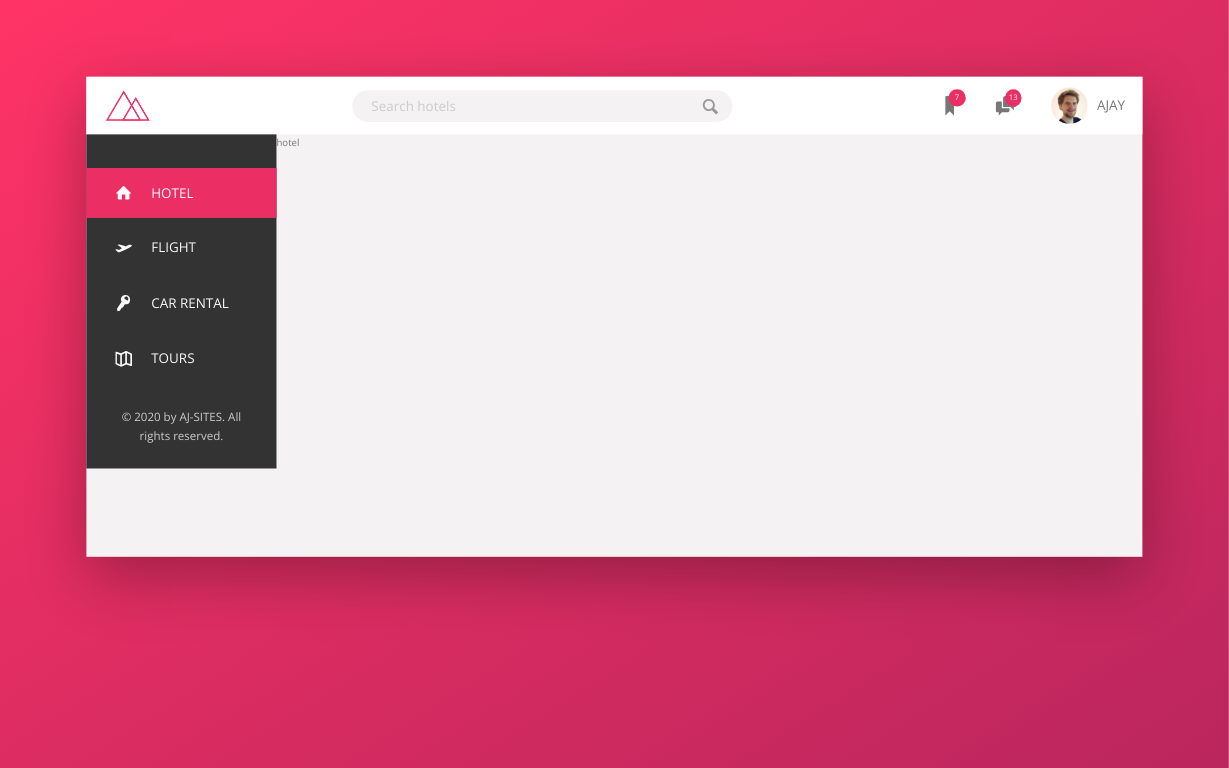
Repository: ajayaj2001/modern-Hotel
Page: /
The author's editor kept a copy of each file at every save. The page is drawn from the files as they stood at one save, then again after the next save.
The browser window is 1280 px wide. The pictures show the whole page, at 96% of full size.
The project was rebuilt for these pictures with package versions that can differ from the ones it lists, and the page was loaded fresh each time.

Above is the page before, as saved 2020-12-13 19:19:04.

After the next save:
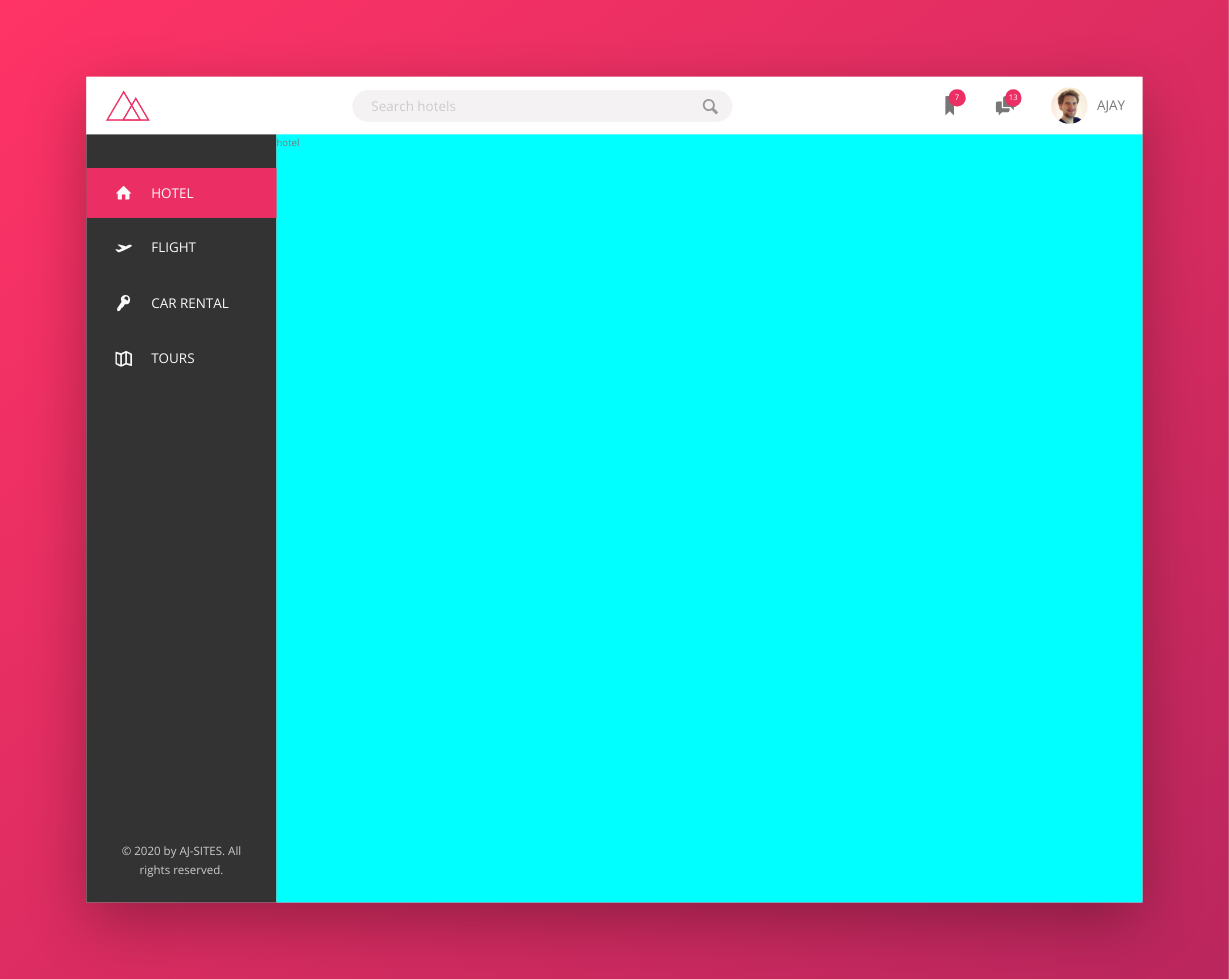
Saved 9 s later.
--- a/src/hotel-view/Hotelview.scss
+++ b/src/hotel-view/Hotelview.scss
@@ -1,4 +1,4 @@
-.hotel-view {
+.hotelview {
     background-color: aqua;
     flex: 1;
     height: 80rem;
